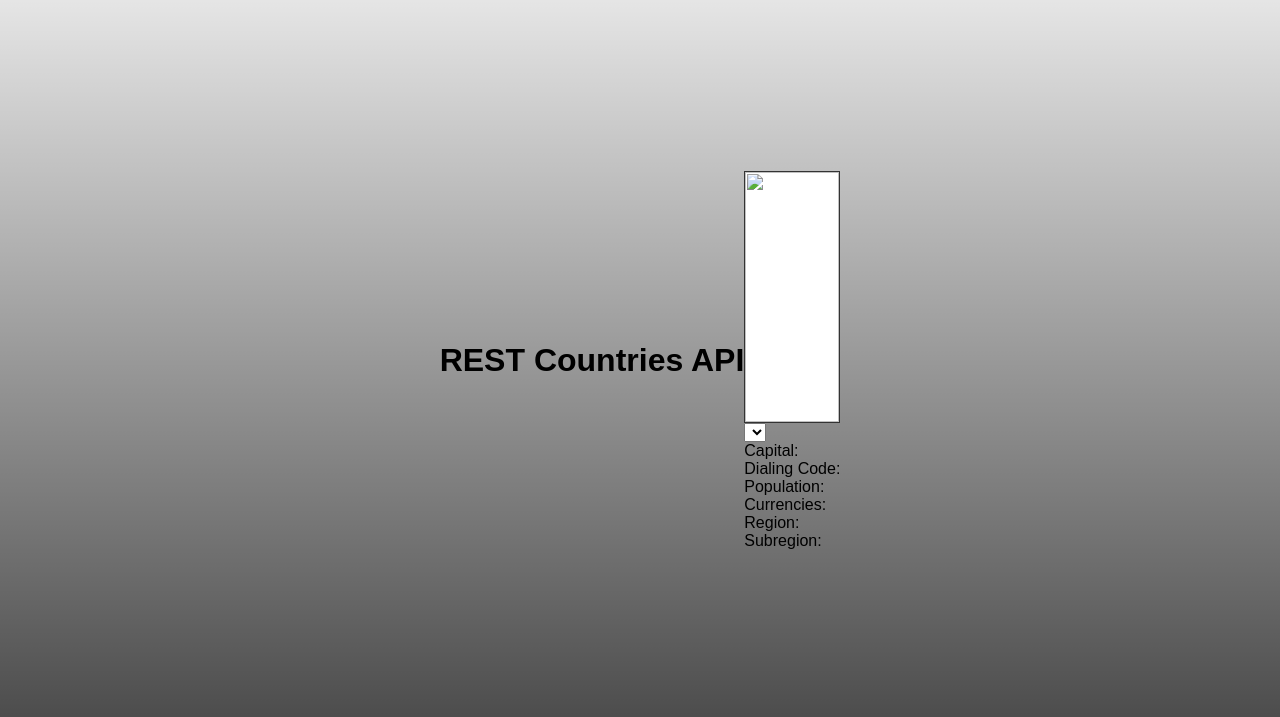
Repository: KhoaTran204/Rest-countries-api-app
Page: index.html
The author's editor kept a copy of each file at every save. The page is drawn from the files as they stood at one save, then again after the next save.
The browser window is 1280 px wide. The pictures show the whole page.
The page's requests for data from a server got no answer.

Above is the page before, as saved 2024-04-14 08:34:33.

### index.html
<!DOCTYPE html>
<html lang="en">
  <head>
    <meta charset="UTF-8" />
    <meta name="viewport" content="width=device-width, initial-scale=1.0" />
    <link rel="stylesheet" href="style.css" />
    <title>Rest Countries API</title>
  </head>
  <body>
    <h1>REST Countries API</h1>
    <div id="main-container">
      <div id="flag-container">
        <img src="" alt="" />
      </div>
      <div id="info-container">
        <select id="countries"></select>
        <p>Capital: <span id="capital"></span></p>
        <p>Dialing Code: <span id="dialing-code"></span></p>
        <p>Population: <span id="population"></span></p>
        <p>Currencies: <span id="currencies"></span></p>
        <p>Region: <span id="region"></span></p>
        <p>Subregion: <span id="subregion"></span></p>
      </div>
    </div>
    <script src="app.js"></script>
  </body>
</html>

### style.css
* {
  margin: 0;
  padding: 0;
  box-sizing: border-box;
}

body {
  font-family: sans-serif;
  height: 100vh;
  display: flex;
  justify-content: center;
  align-items: center;
  background-image: url(anh/bando.jpg);
  background-repeat: no-repeat;
  background-position: center;
  background-size: cover;
  background: linear-gradient(to top, rgba(0, 0, 0, 0.7), rgba(0, 0, 0, 0.1));
}

#flag-container {
  height: 252px;
  background-color: #fff;
  border: 1px solid #333;
}

#flag-container img {
  display: block;
  width: 100%;
  height: 100%;
}

### app.js
const countrieslist = document.getElementById("countries");
let countries;

countrieslist.addEventListener("change", (event) =>
  displayCountryInfo(event.target.value)
);

// fetch("https://restcountries.com/v2/all")
//   .then(function (res) {
//     console.log(res);
//     return res.json();
//   })
//   .then(function (data) {
//     console.log(data);
//     initialize(data);
//   })
//   .catch(function (err) {
//     console.log("Lỗi: ", err);
//   });
fetch("https://restcountries.com/v2/all").then((res) => {
  res
    .json()
    .then((data) => initialize(data))
    .catch((err) => console.log("Lỗi: ", err));
});
function initialize(countriesData) {
  countries = countriesData;
  let options = "";
  //   for (let i = 0; i < countries.length; i++) {
  //     options += `<option value="${countries[i].alpha3Code}">${countries[i].name}</option>`;
  //   }
  countries.forEach(
    (country) =>
      (options += `<option value="${country.alpha3Code}">${country.name}</option>`)
  );
  //   document.getElementById("countries").innerHTML = options;
  //   document.querySelector("countries").innerHTML = options;
  countrieslist.innerHTML = options;
  countrieslist.selectedIndex = Math.floor(
    Math.random() * countrieslist.length
  );
  displayCountryInfo(countrieslist[countrieslist.selectedIndex].value);
}

function displayCountryInfo(countryByAlpha3Code) {
  const countryData = countries.find(
    (country) => country.alpha3Code === countryByAlpha3Code
  );
  console.log(countryData);
  document.querySelector("#flag-container img").src = countryData.flag;
  document.querySelector(
    "#flag-container img"
  ).alt = `Flag of ${countryData.name}`;
  document.getElementById("capital").innerHTML = countryData.capital;
  document.getElementById(
    "dialing-code"
  ).innerHTML = `+ ${countryData.callingCodes[0]}`;
  document.getElementById("population").innerHTML =
    countryData.population.toLocaleString("en-US");
  document.getElementById("currencies").innerHTML = countryData.currencies
    .filter((c) => c.name)
    .map((c) => `${c.name} (${c.code})`)
    .join(", ");
  document.getElementById("region").innerHTML = countryData.region;
  document.getElementById("subregion").innerHTML = countryData.subregion;
}

After the next save:
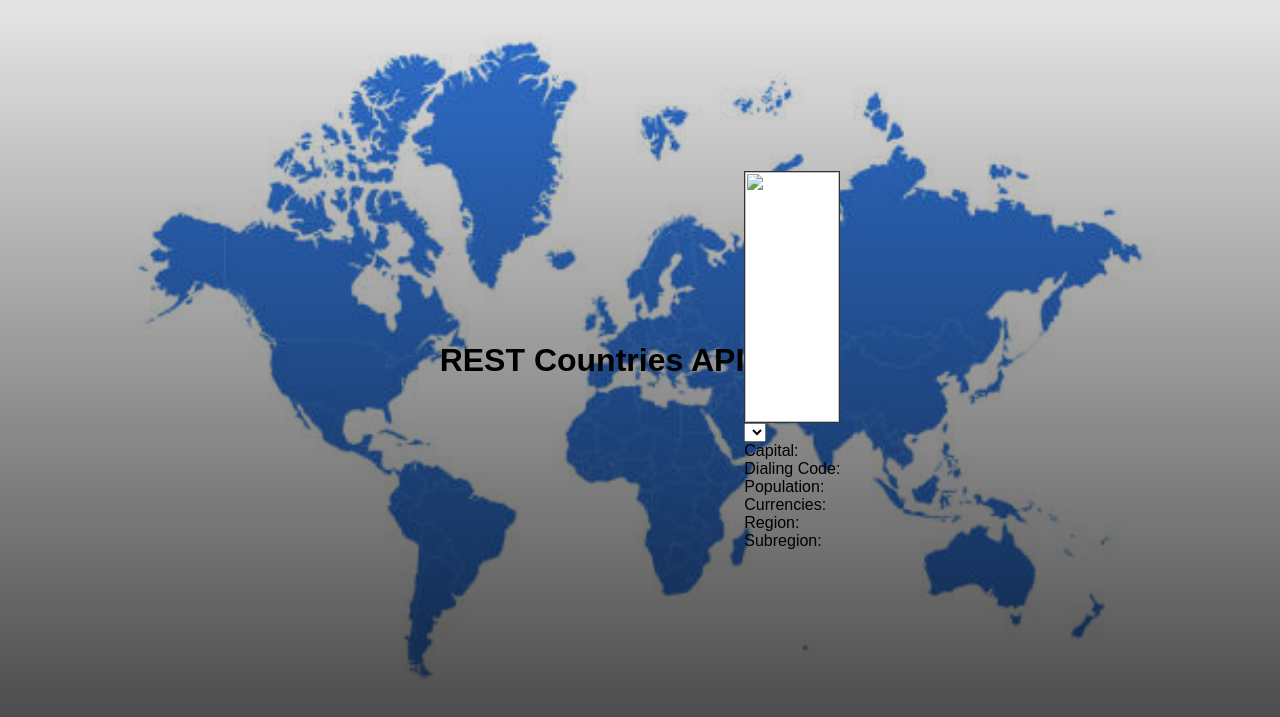
Saved 2 min 7 s later.
--- a/style.css
+++ b/style.css
@@ -14,7 +14,8 @@ body {
   background-repeat: no-repeat;
   background-position: center;
   background-size: cover;
-  background: linear-gradient(to top, rgba(0, 0, 0, 0.7), rgba(0, 0, 0, 0.1));
+  background: linear-gradient(to top, rgba(0, 0, 0, 0.7), rgba(0, 0, 0, 0.1)),
+    url(anh/bando.jpg) no-repeat center/cover;
 }
 
 #flag-container {
